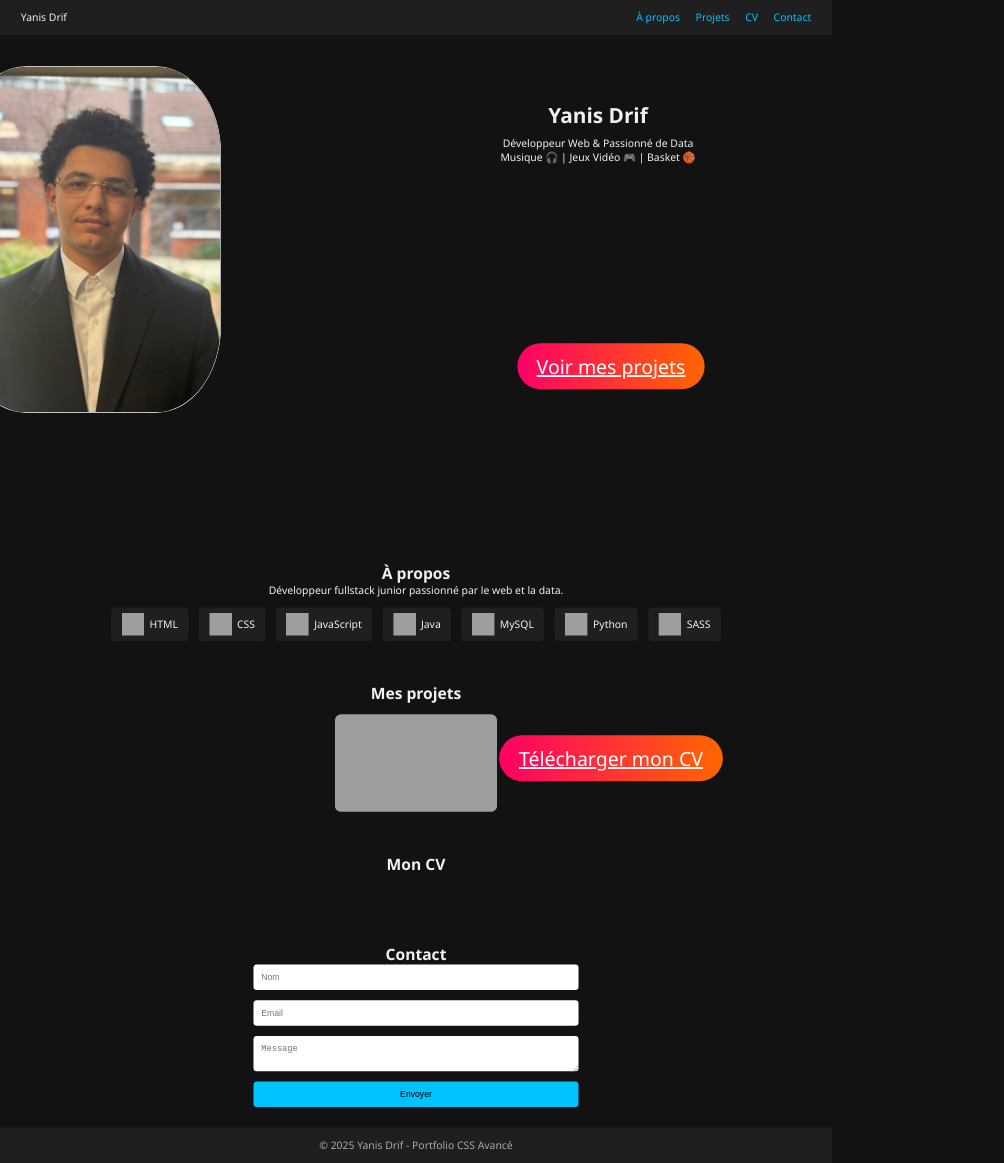
Repository: Yxniiss/ProjetCssAvance
Page: OneDrive/Bureau/Portfolio DrifYanis/home.html
The author's editor kept a copy of each file at every save. The page is drawn from the files as they stood at one save, then again after the next save.
The browser window is 1280 px wide. The page is 1544 px wide, so the pictures cover 1544 px, including what lies to the right of the window. The pictures show the whole page, at 65% of full size.
Pictures or frames that could not be fetched are drawn as grey boxes.

Above is the page before, as saved 2025-04-10 10:35:59.
Console error: TypeError: Cannot set properties of null (setting 'textContent')

### OneDrive/Bureau/Portfolio DrifYanis/home.html
<!DOCTYPE html>
<html lang="fr">
<head>
  <meta charset="UTF-8" />
  <meta name="viewport" content="width=device-width, initial-scale=1.0" />
  <title>Portfolio - Yanis Drif</title>
  <link rel="stylesheet" href="/style.css" />
  <script defer src="/script.js"></script>
</head>
<body>
  <nav class="navbar">
    <div class="logo">Yanis Drif</div>
    <ul class="nav-links">
      <li><a href="#apropos">À propos</a></li>
      <li><a href="#projets">Projets</a></li>
      <li><a href="#cv">CV</a></li>
      <li><a href="#contact">Contact</a></li>
    </ul>
  </nav>

  <header class="hero">
    <img src="/image/IMG_0965 (2).jpeg" alt="Photo de profil" class="hero__image" />
    <div class="hero__content">
      <h1 class="hero__name">Yanis Drif</h1>
      <p class="hero__tagline">Développeur <span>Web</span> & Passionné de Data</p>
      <p class="hero__desc">Musique 🎧 | Jeux Vidéo 🎮 | Basket 🏀</p>
      <a href="#projets" class="btn">Voir mes projets</a>
    </div>
  </header>

  <section id="apropos" class="section about">
    <h2>À propos</h2>
    <p>Développeur fullstack junior passionné par le web et la data.</p>
    <div class="skills">
      <div class="skill"><img src="https://devicon-website.vercel.app/api/html5/original-wordmark.svg" alt="HTML">HTML</div>
      <div class="skill"><img src="https://devicon-website.vercel.app/api/css3/original-wordmark.svg" alt="CSS">CSS</div>
      <div class="skill"><img src="https://devicon-website.vercel.app/api/javascript/original.svg" alt="JavaScript">JavaScript</div>
      <div class="skill"><img src="https://devicon-website.vercel.app/api/java/original-wordmark.svg" alt="Java">Java</div>
      <div class="skill"><img src="https://devicon-website.vercel.app/api/mysql/plain-wordmark.svg" alt="MySQL">MySQL</div>
      <div class="skill"><img src="https://devicon-website.vercel.app/api/python/original-wordmark.svg" alt="Python">Python</div>
      <div class="skill"><img src="https://devicon-website.vercel.app/api/sass/original.svg" alt="SASS">SASS</div>
    </div>
  </section>

  <section id="projets" class="section projets">
    <h2>Mes projets</h2>
    <div class="projects carousel">
      <img src="img/Capture d'écran 2025-04-09 23345.png" alt="Projet 1"/>
      <img src="/img/Capture d'écran 2025-04-09 12402 (1).png" alt="Projet 2" />
      <img src="/img/ChatGPT Image 9 avr. 2025, 23_49_51.png" alt="Projet 3" />
    </div>
  </section>

  <section id="cv" class="section cv">
    <h2>Mon CV</h2>
    <a href="/doc/CV Yanis (1) (1).pdf" download class="btn">Télécharger mon CV</a>
  </section>

  <section id="contact" class="section contact">
    <h2>Contact</h2>
    <form class="contact-form">
      <input type="text" placeholder="Nom" required />
      <input type="email" placeholder="Email" required />
      <textarea placeholder="Message" required></textarea>
      <button type="submit">Envoyer</button>
    </form>
  </section>

  <footer>
    <p>&copy; 2025 Yanis Drif - Portfolio CSS Avancé</p>
  </footer>
</body>
</html>

### OneDrive/Bureau/Portfolio DrifYanis/style.css
* {
    margin: 0;
    padding: 0;
    box-sizing: border-box;
  }

  body {
    font-family: "Segoe UI", sans-serif;
    background-color: #121212;
    color: #f1f1f1;
  }

  .navbar {
    display: flex;
    justify-content: space-between;
    padding: 1rem 2rem;
    background-color: #1f1f1f;
  }

  .nav-links {
    display: flex;
    list-style: none;
    gap: 1.5rem;
  }

  .nav-links a {
    color: #00c2ff;
    text-decoration: none;
  }

  .hero {
    padding: 3rem 1rem;
    text-align: center;

  }

  .hero__name{
    position: relative;
    left: 280px;
    bottom:500px;

  }

  .hero__tagline{
    position: relative;
    left:280px;
    bottom:490px;
  }

  .hero__desc{
    position: relative;
    left:280px;
    bottom:490px;}

  .hero__image {
    border-radius: 25%;
    width: 400px;
    border: 1px solid #ffffff;
    margin-bottom: 1rem;
    position: relative;
    right:500px ;
  }

  .section {
    padding: 2rem 1rem;
    text-align: center;
  }

  .projects {
    display: flex;
    justify-content: center;
    gap: 1rem;
    flex-wrap: wrap;
    margin-top: 1rem;
  }

  .projects img {
    width: 250px;
    height: 150px;
    -o-object-fit: cover;
       object-fit: cover;
    border-radius: 10px;
  }

  .skills {
    display: flex;
    flex-wrap: wrap;
    gap: 1rem;
    justify-content: center;
    margin-top: 1rem;
  }

  .skill {
    display: flex;
    align-items: center;
    gap: 0.5rem;
    background-color: #1f1f1f;
    padding: 0.5rem 1rem;
    border-radius: 5px;
  }

  .skill img {
    width: 35px;
    height: 35px;
  }

  footer {
    padding: 1rem;
    text-align: center;
    background-color: #1f1f1f;
    color: #aaa;
  }

  .btn {
    padding: 15px 30px;
    font-size: 30px;
    position: relative;
    left: 300px;
    bottom:200px;
    color:white;
    background: linear-gradient(90deg, #ff0066, #ff6600);
    border:none;
    border-radius: 50px;
    cursor: pointer;
    box-shadow: 0 4px 15px rgba(255,0,102,0);
    transition: box-shadow 0.3s ease, transform 0.3s ease;
  }

  .btn:hover{
    box-shadow: 0 10px 20px rgba(255,0,102,0.5);
    transform: translateY(-3px);
  }

  .contact-form {
    max-width: 500px;
    margin: auto;
    display: flex;
    flex-direction: column;
    gap: 1rem;
  }

  .contact-form input,
  .contact-form textarea {
    padding: 0.75rem;
    border: none;
    border-radius: 5px;
  }

  .contact-form button {
    background-color: #00c2ff;
    color: #000;
    padding: 0.75rem;
    border: none;
    border-radius: 5px;
    cursor: pointer;
  }

  .start h1{
    text-align: left;
    margin-top: 100px;
    font-size: 35px;
    margin-left: 100px;
  }

  .start h2{
    text-align: left;
    margin-top: 1px;
    font-size: 70px;
    margin-left: 100px;
  }

  .start h3{
    text-align: left;
    margin-top: 1px;
    font-size: 35px;
    margin-left: 100px;
  }

  #mot {
    color:#00c2ff;
  }

  #cursor{
    display: inline-block;
    width: 10px;
    background-color:black;
    animation: blink 0.8s step-end infinite;
  }

  @keyframes blink{
    50% {
      opacity: 0;
    }
  }

  @keyframes typing{
    from{
      width: 0;
    }
    to{
      width: 100%;
    }
  }

  #main{
    opacity: 0;
    transform: translateY(0);
    transition: opacity 5s ease, transform 5s ease;
  }

  body.loaded #main{
    opacity: 1;
    transform: translateY(0);
  }


  .start p{
    text-align: left;
    margin-left: 100px;
    margin-top: 20px;
    font-size: 20px;
  }

  .ntwrks {
    position: absolute;
    top: 410px;
    left: 110px;
    display: flex;
    flex-wrap: wrap;
    gap: 1rem;
  }

  .ntwrk {
    display: flex;
    align-items: center;
    gap: 0.5rem;
    background-color: #1f1f1f;
    padding: 1rem 1rem;
    border-radius: 100px;
    transition: 0.3s ease, opacity 0.3s ease;
  }

  .ntwrk:hover{
    transform: scale(1.2);
    opacity: 0.8;
  }

  .ntwrk img {
    width: 30px;
    height: 30px;
  }

  .modern-button{
    background-color:#00c2ff;
    font-size: 16px;
    font-weight: bold;
    border:none;
    padding: 15px 30px;
    border-radius: 25px;
    cursor: pointer;
    outline: none;
    position: relative;
    right:550px;
    top:120px;
    animation:glow 1.5s infinite alternate;
    transition: 0.3s ease, opacity 0.3s ease;
  }

  .modern-button a{
    color:white;
    text-decoration: none;
  }

  .modern-button:hover{
    transform: scale(1.2);
    opacity: 1;
  }

  @keyframes glow{
    0%{
      box-shadow: 0 0 10px 5px rgba(0, 194, 255, 0.6), 0 0 20px 10px rgba(0, 194, 255, 0.4);
    }
    100%{
      box-shadow: 0 0 20px 10px rgba(0, 194, 255, 1), 0 0 30px 15px rgba(0, 194, 255, 0.8);
    }
  }

  .image{
    max-width: 30%;
    position: relative;
    bottom: 350px;
    left: 350px;
  }

### OneDrive/Bureau/Portfolio DrifYanis/script.js

document.addEventListener('DOMContentLoaded', () => {
    // Scroll fluide
    document.querySelectorAll('a[href^="#"]').forEach(anchor => {
      anchor.addEventListener('click', function (e) {
        e.preventDefault();
        const target = document.querySelector(this.getAttribute('href'));
        if (target) {
          target.scrollIntoView({ behavior: 'smooth' });
        }
      });
    });

    // Carrousel automatique
    const images = document.querySelectorAll('.carousel img');
    let currentIndex = 0;

    function showSlide(index) {
      images.forEach((img, i) => {
        img.style.display = i === index ? 'block' : 'none';
      });
    }

    function nextSlide() {
      currentIndex = (currentIndex + 1) % images.length;
      showSlide(currentIndex);
    }

    if (images.length > 0) {
      showSlide(currentIndex);
      setInterval(nextSlide, 3000); // change every 3 seconds
    }
  });

  const mot = ["Etudiant", "Developpeur web", "Pasionné de code","Developpeur fullstack"];
  let index = 0;
  const element = document.getElementById("mot");
  const cursor = document.getElementById("cursor");

  let typingInterval;
  let currentWord = "";
  let currentCharIndex = 0;

  function  commencerTypingAnimation(){
    currentWord=mot[index];
    currentCharIndex = 0;
    element.textContent = '';

    typingInterval = setInterval(() =>{
      element.textContent += currentWord.charAt(currentCharIndex);
      currentCharIndex++;

      if(currentCharIndex === currentWord.length){
        clearInterval(typingInterval);
        setTimeout(changerMot,1000);
      }
    },150);
  }

  function changerMot(){
    element.textContent=mot[index];
    index++;
    if(index===mot.length){
      index=0;
    }
    commencerTypingAnimation();
  }
  commencerTypingAnimation();

  window.addEventListener('load', function () {
    document.body.classList.add('loaded');
  });

After the next save:
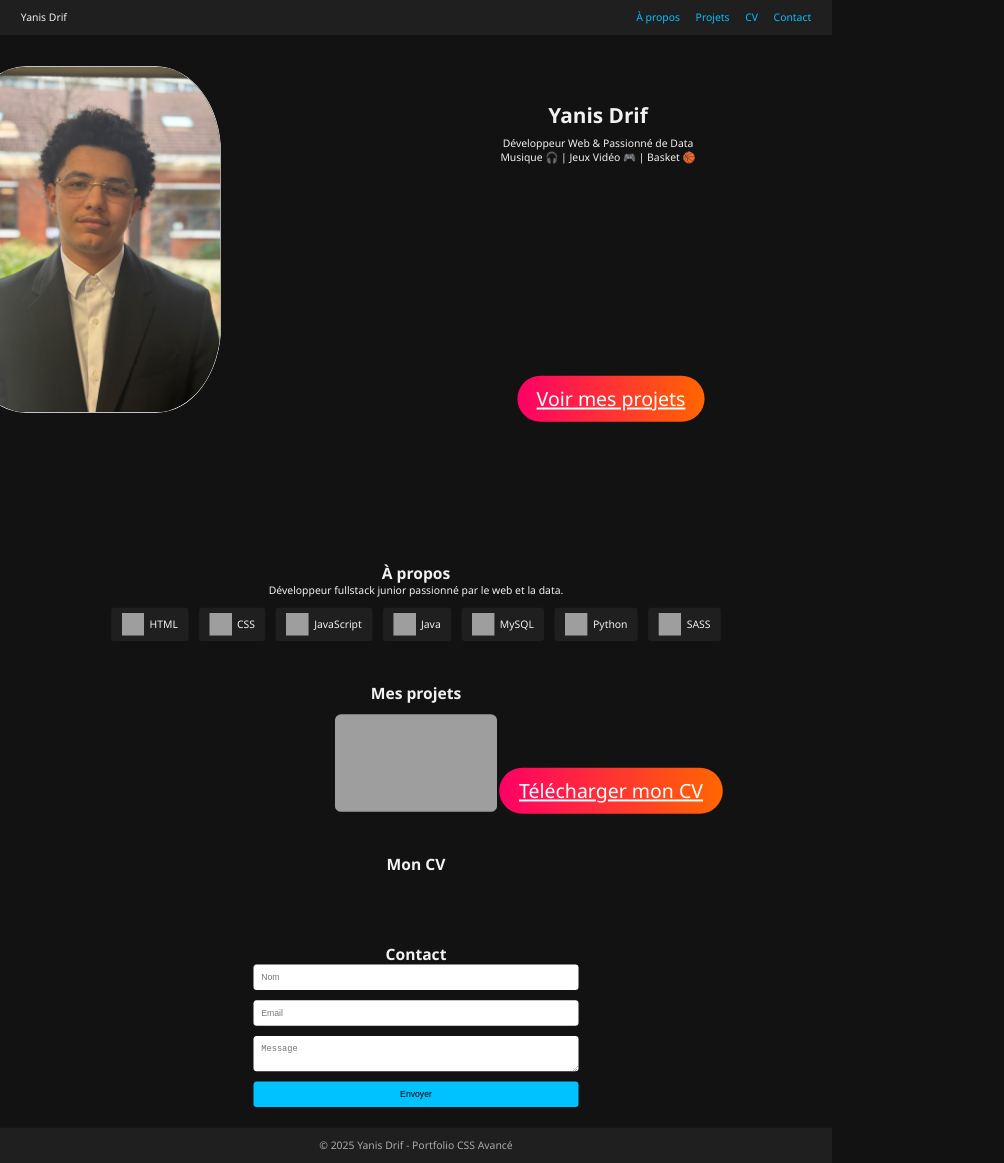
Saved 7 s later.
--- a/OneDrive/Bureau/Portfolio DrifYanis/style.css
+++ b/OneDrive/Bureau/Portfolio DrifYanis/style.css
@@ -116,7 +116,7 @@
     font-size: 30px;
     position: relative;
     left: 300px;
-    bottom:200px;
+    bottom:150px;
     color:white;
     background: linear-gradient(90deg, #ff0066, #ff6600);
     border:none;
